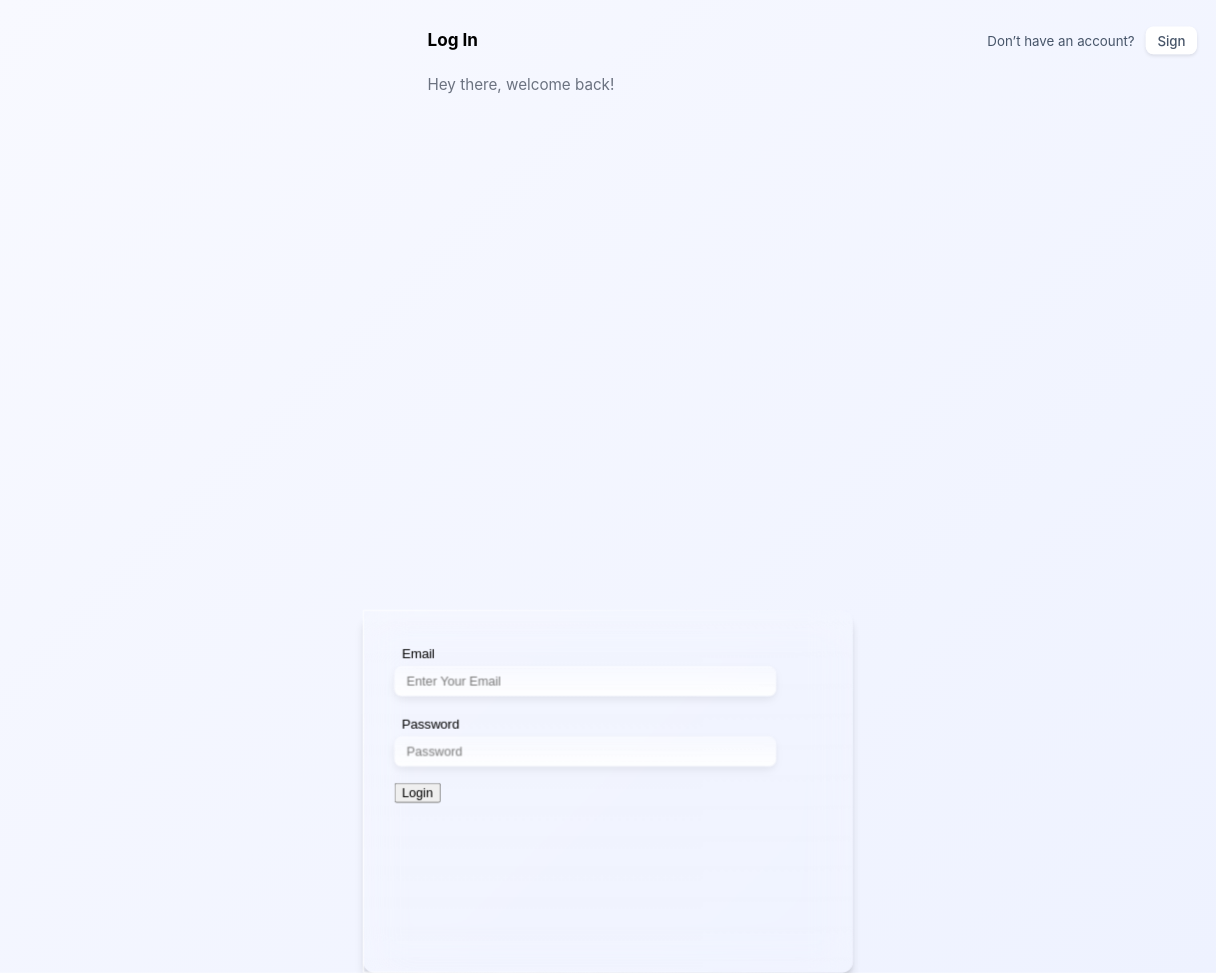
Repository: AfifaNoor/Admin_Panel-React-
Page: /sign-up
The author's editor kept a copy of each file at every save. The page is drawn from the files as they stood at one save, then again after the next save.
The browser window is 1280 px wide. The pictures show the whole page, at 95% of full size.
The project was rebuilt for these pictures with package versions that can differ from the ones it lists, and the page was loaded fresh each time. Also part of the build but not shown: src/SignUp.jsx.

Above is the page before, as saved 2025-07-10 16:40:39.

After the next save:
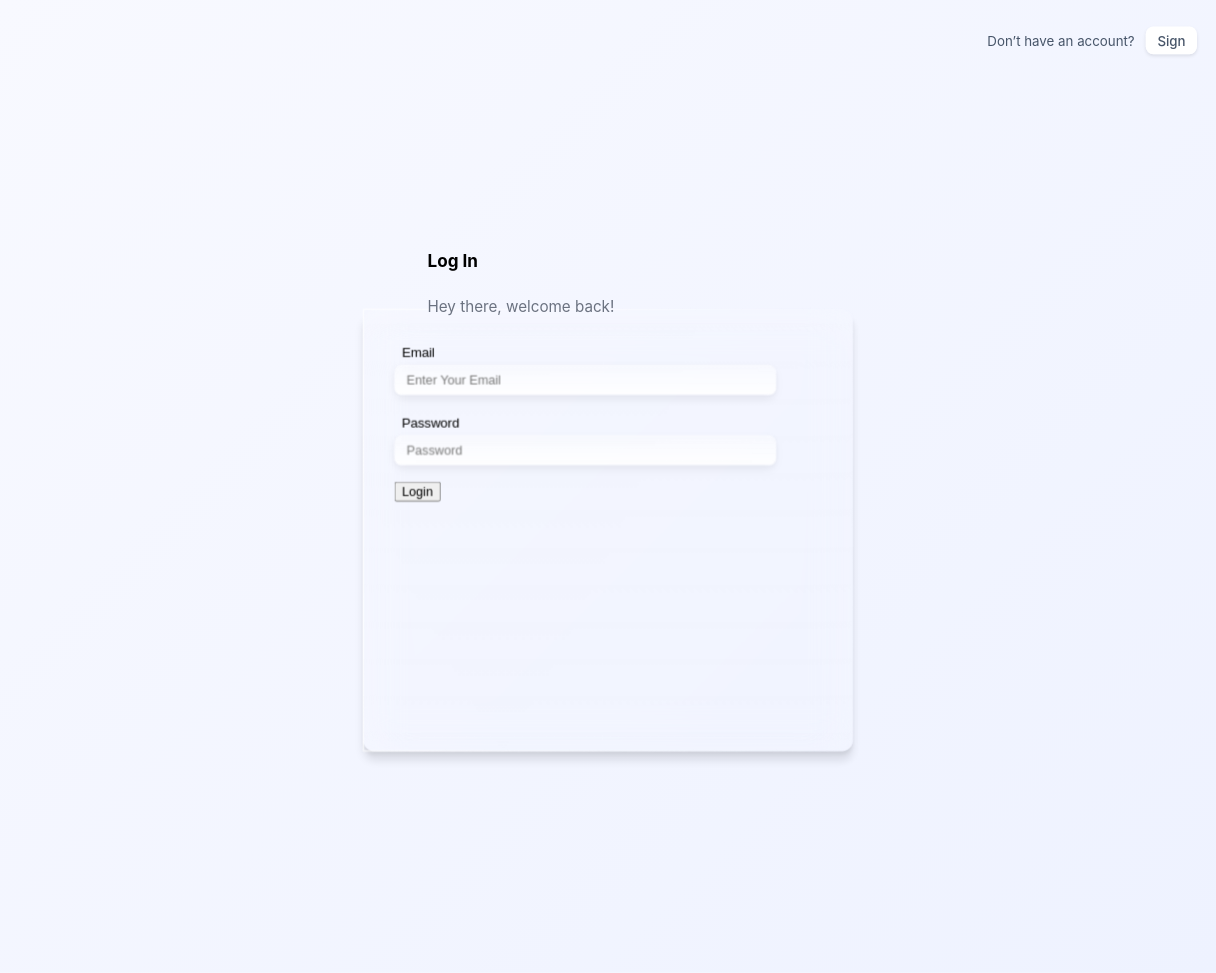
Saved 29 s later.
--- a/src/LoginPage.css
+++ b/src/LoginPage.css
@@ -45,7 +45,7 @@
   opacity: 1;
   gap: 10px;
   padding: 10px;
-  margin-bottom: 550px;
+  /* margin-bottom: 550px; */
   /* box-shadow: 0 4px 12px rgba(0, 0, 0, 0.1); */
 
 }
